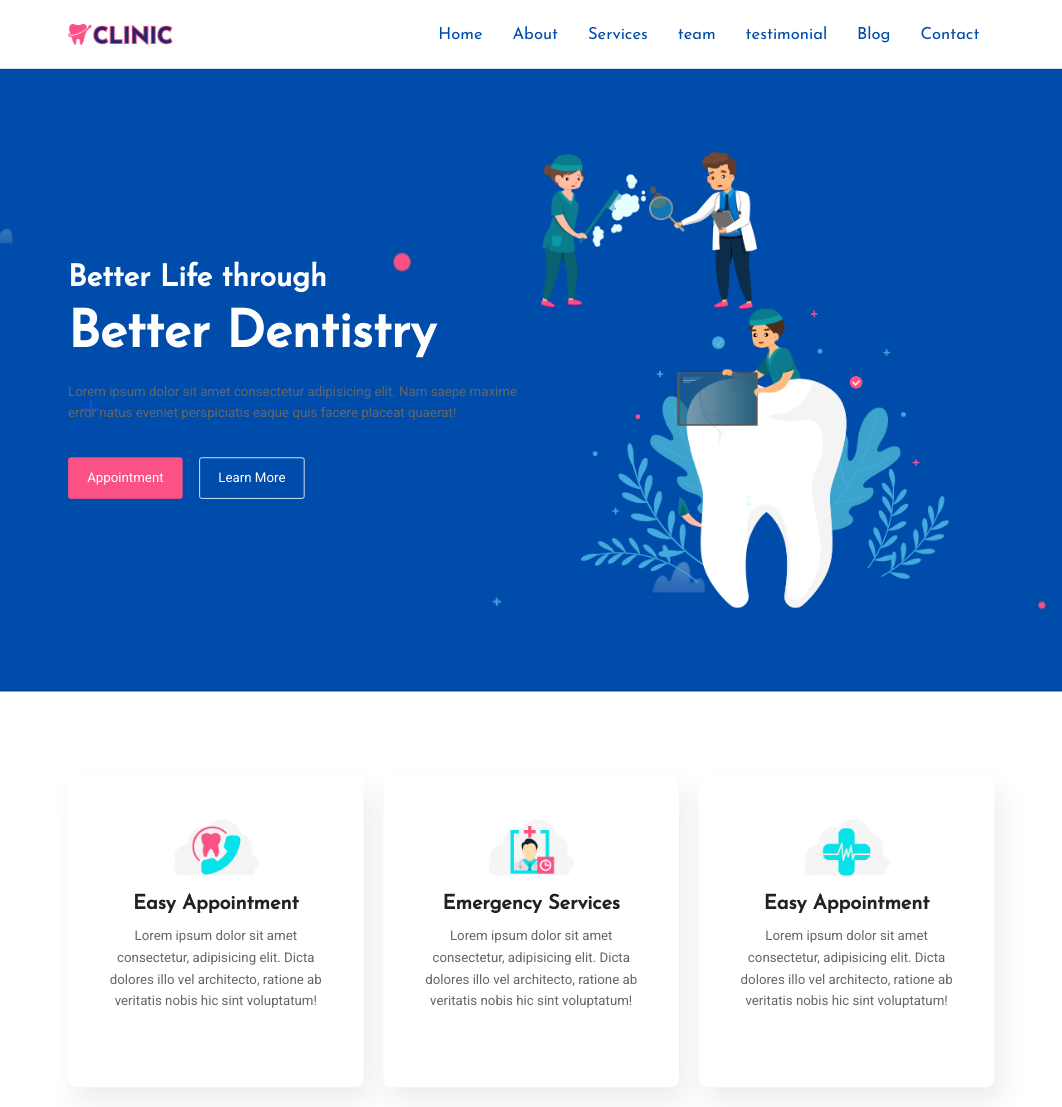
Repository: rsbappy/Project-13
Page: index.html
An editor plug-in stored every save of this project. The page is shown before and after the next save, followed by the edit.
The browser window is 1280 px wide. The pictures show the whole page, at 83% of full size.
Some web libraries are served in a nearby version.

Above is the page before, as saved 2022-08-19 11:16:35.
Console error: TypeError: Cannot read properties of null (reading 'classList')

After the next save:
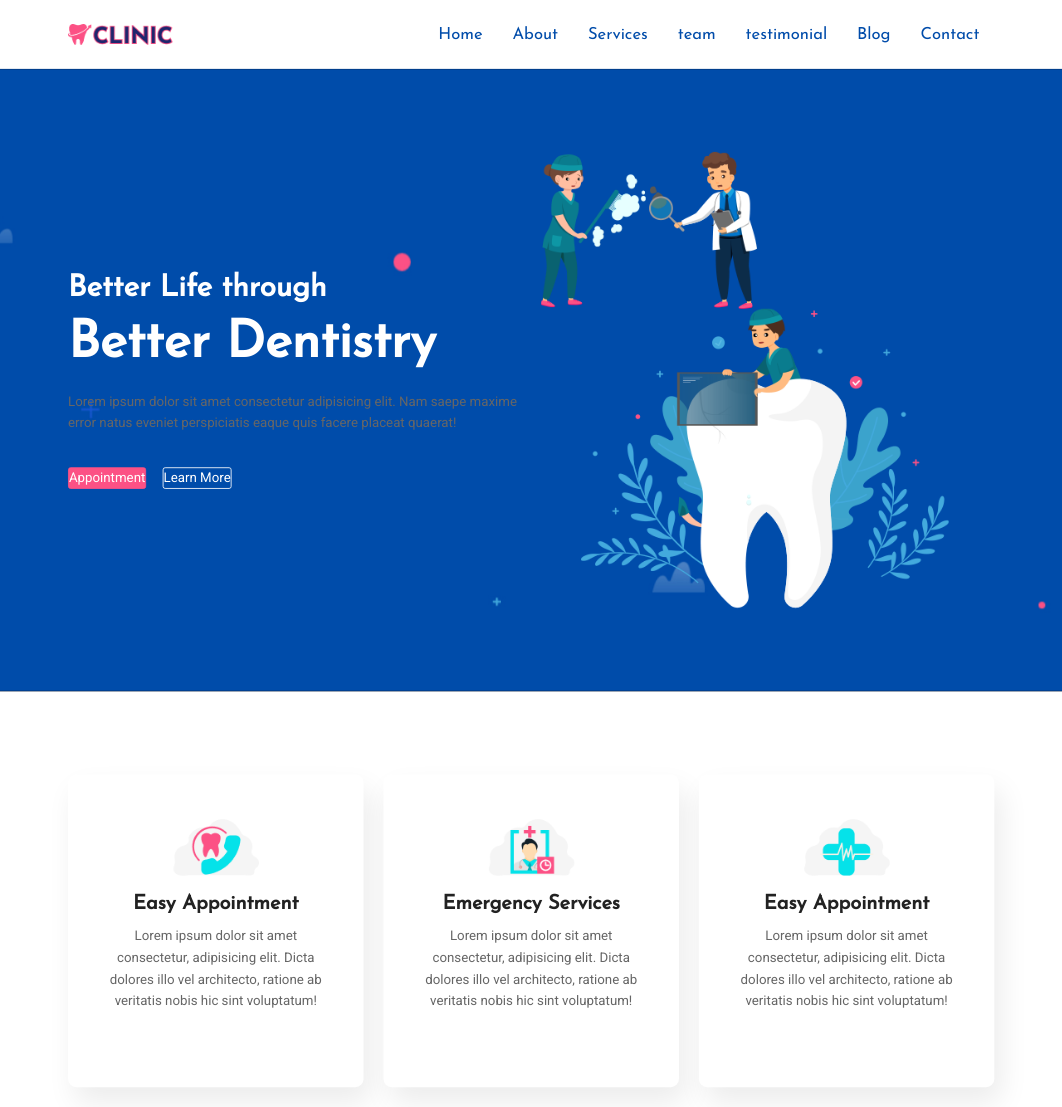
Saved 21 s later.
--- a/css/style.css
+++ b/css/style.css
@@ -73,7 +73,7 @@
     border: 0.0725rem solid var(--bg-white);
     color: var(--text-white);
     text-align: center;
-    padding: .75rem 1.375rem;
+    /* padding: .75rem 1.375rem; */
     font-size: 1rem;
     background: transparent;
     text-transform: capitalize;

After the save that followed:
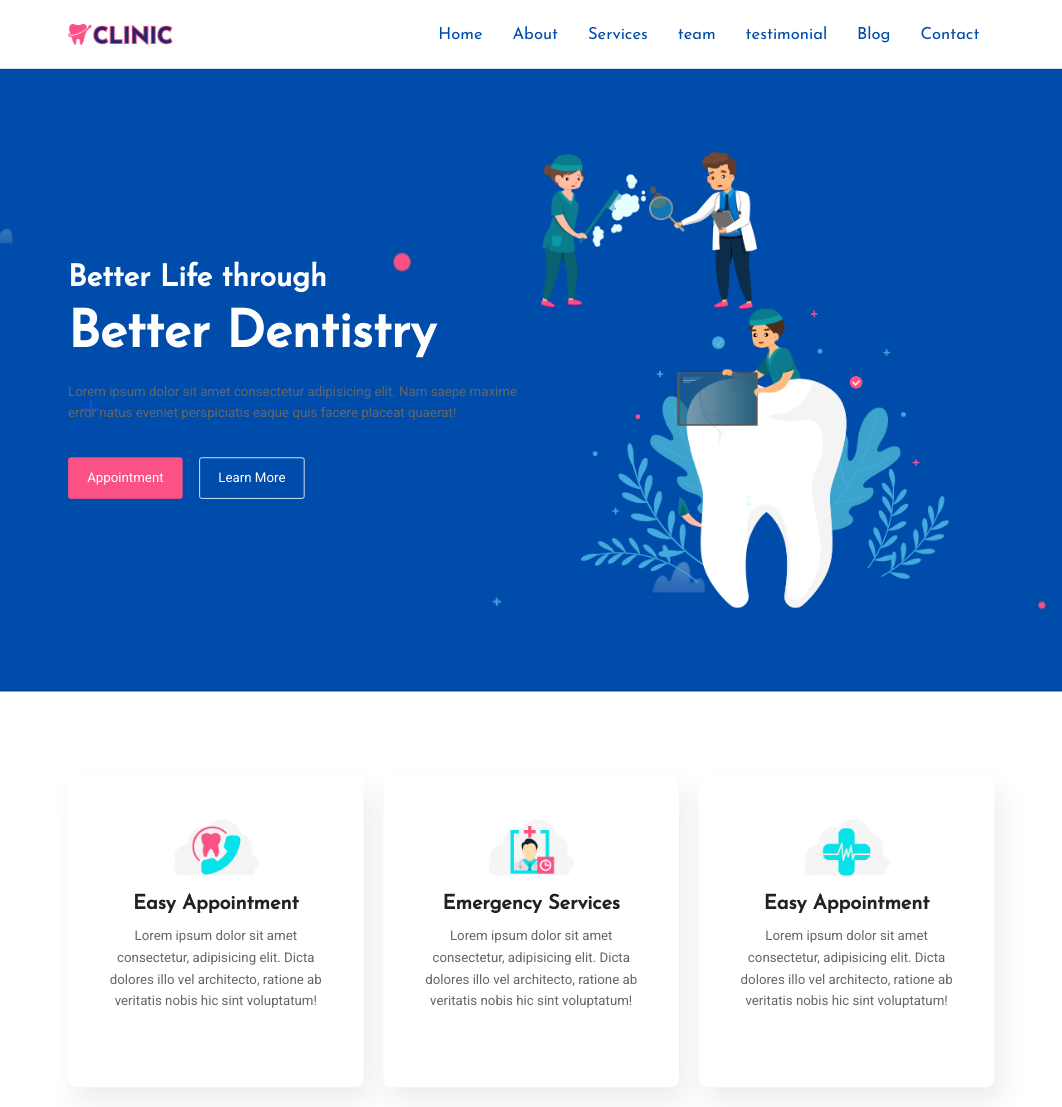
Saved 5 s later.
--- a/css/style.css
+++ b/css/style.css
@@ -73,7 +73,7 @@
     border: 0.0725rem solid var(--bg-white);
     color: var(--text-white);
     text-align: center;
-    /* padding: .75rem 1.375rem; */
+    padding: .75rem 1.375rem;
     font-size: 1rem;
     background: transparent;
     text-transform: capitalize;
